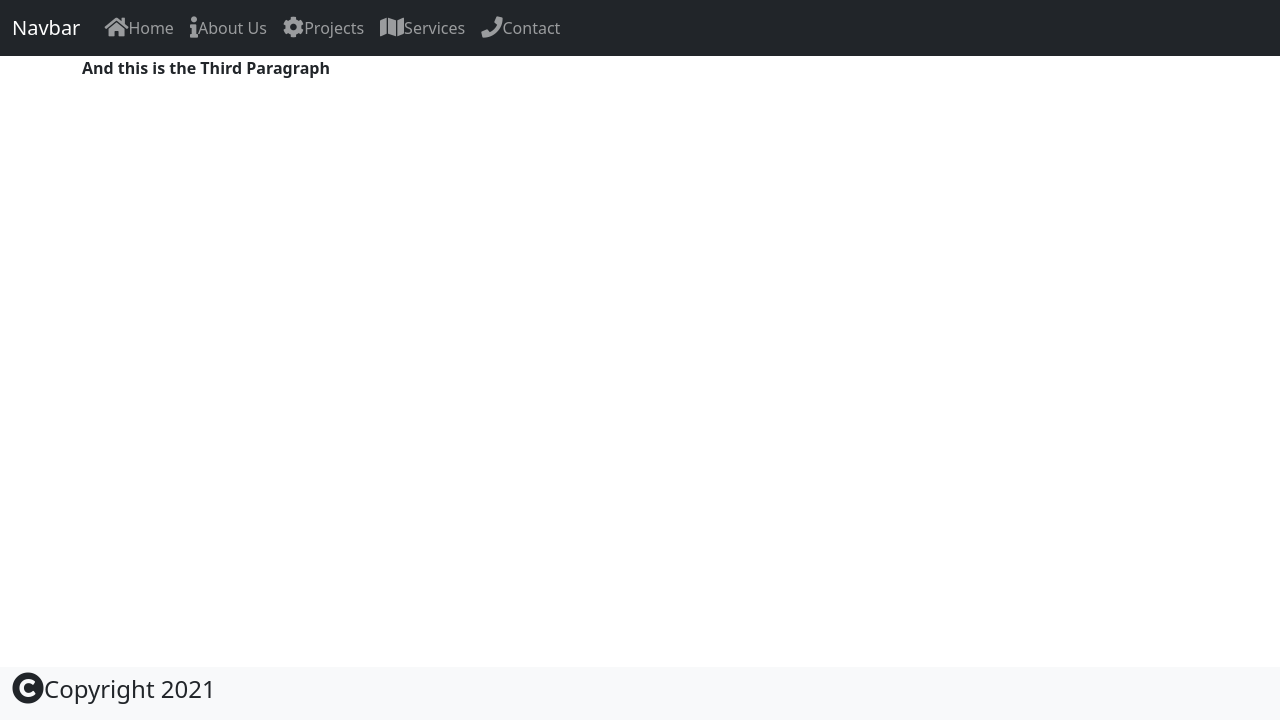
Repository: deividwsantoss/webd6201-W2021-ICE1
Page: Index.html
The author's editor kept a copy of each file at every save. The page is drawn from the files as they stood at one save, then again after the next save.
The browser window is 1280 px wide. The pictures show the whole page.

Above is the page before, as saved 2021-02-02 11:25:52.

After the next save:
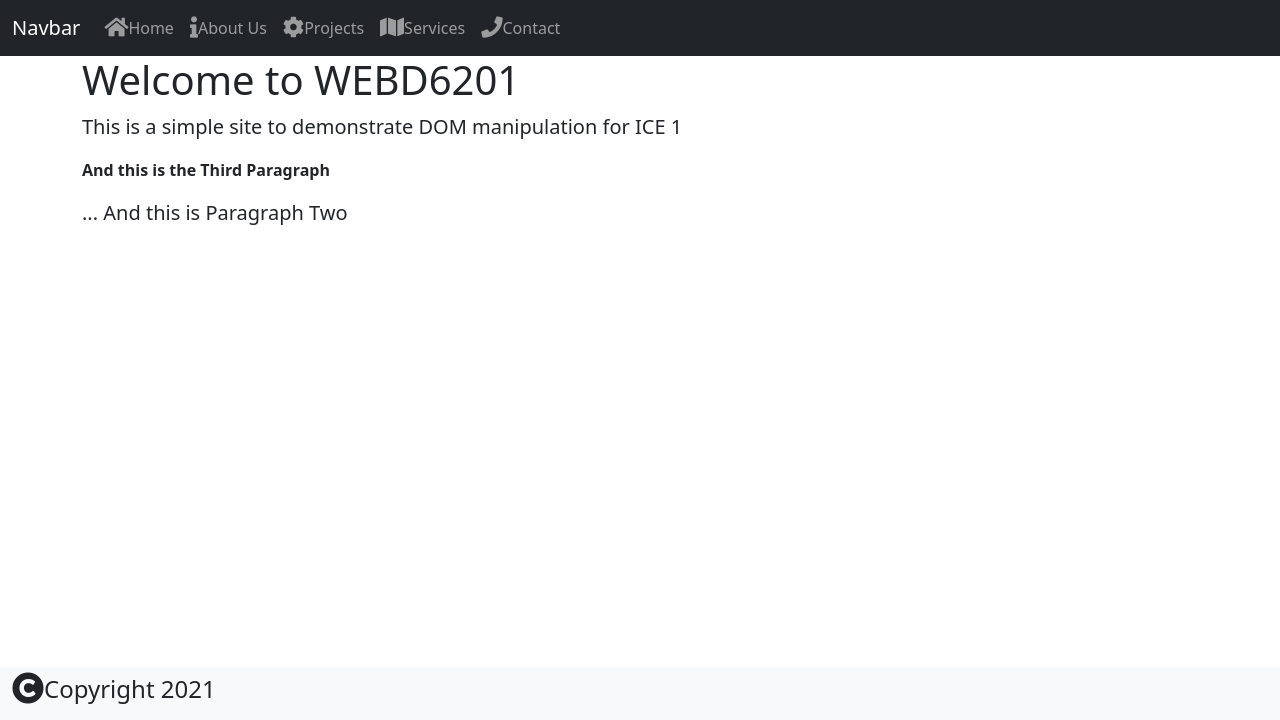
Saved 25 s later.
--- a/Scripts/app.js
+++ b/Scripts/app.js
@@ -40,7 +40,7 @@
         //  Another way to insert
         let paragraphDiv = document.createElement('div');
           let paragraphThree = `<p class="fs-7 fw-bold">And this is the Third Paragraph</p>`
-        mainContent.innerHTML = paragraphThree;
+        paragraphDiv.innerHTML = paragraphThree;
 
         newParagraph.before(paragraphDiv);
 
